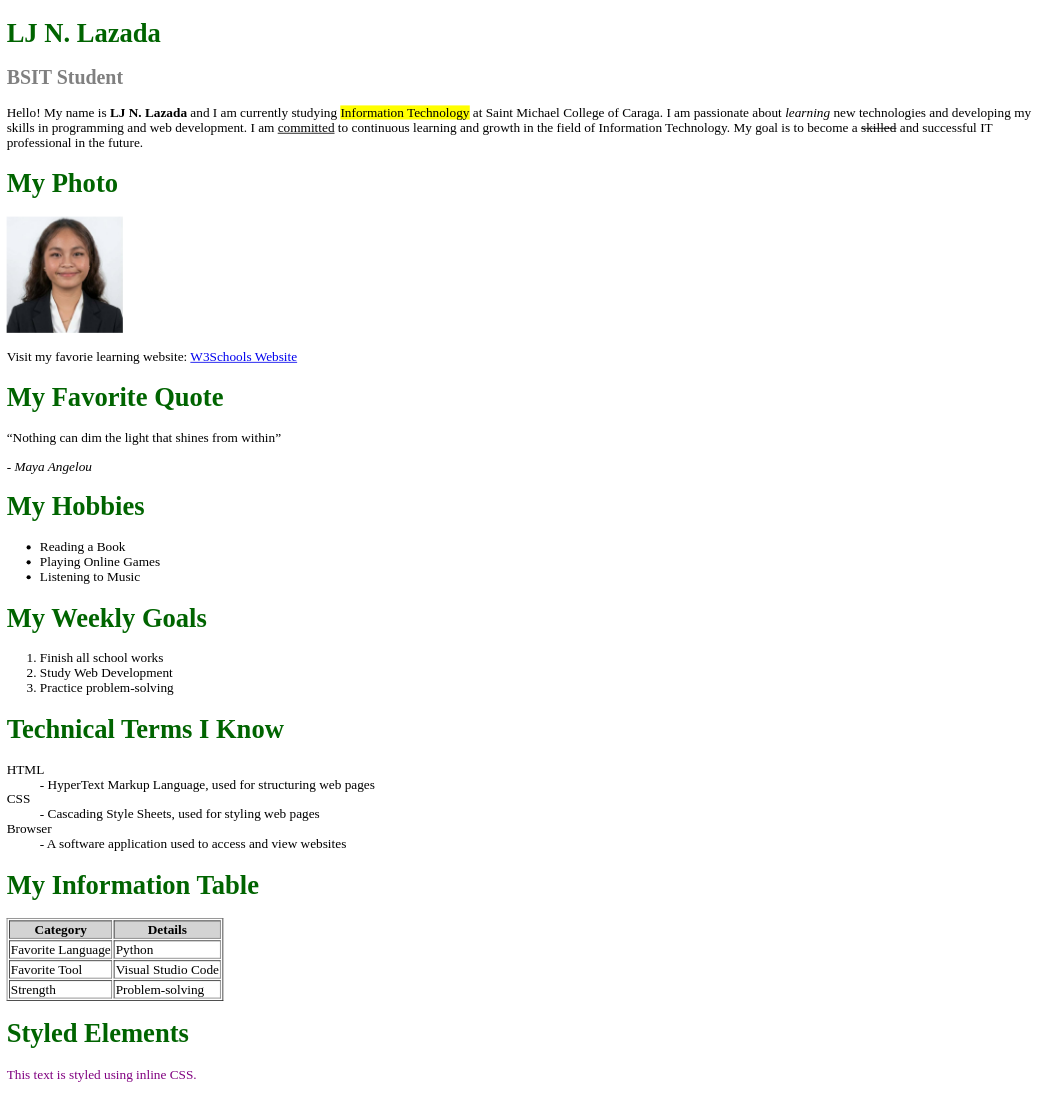
Repository: ljlazada11/myfirsthtml
Page: index.html
An editor plug-in stored every save of this project. The page is shown before and after the next save, followed by the edit.
The browser window is 1280 px wide. The pictures show the whole page, at 83% of full size.

Above is the page before, as saved 2026-06-24 20:59:29.

After the next save:
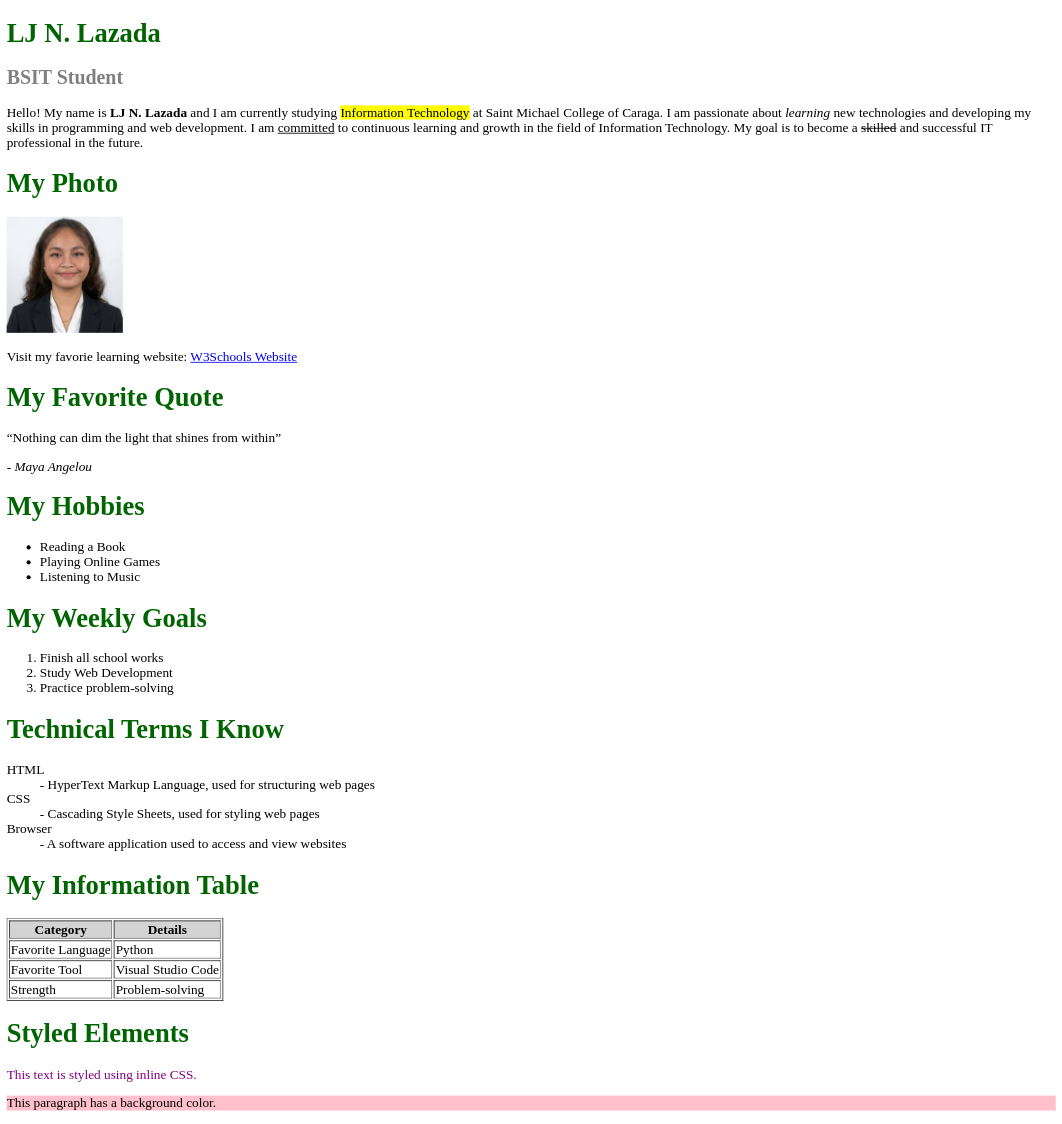
Saved 4 min 38 s later.
--- a/index.html
+++ b/index.html
@@ -67,6 +67,7 @@
 <body>
     <h1 style="color:darkgreen">Styled Elements</h1>
     <p style="color:purple;">This text is styled using inline CSS.</p>
+    <p style="background-color:pink;">This paragraph has a background color.</p>
 
 </body>
 
